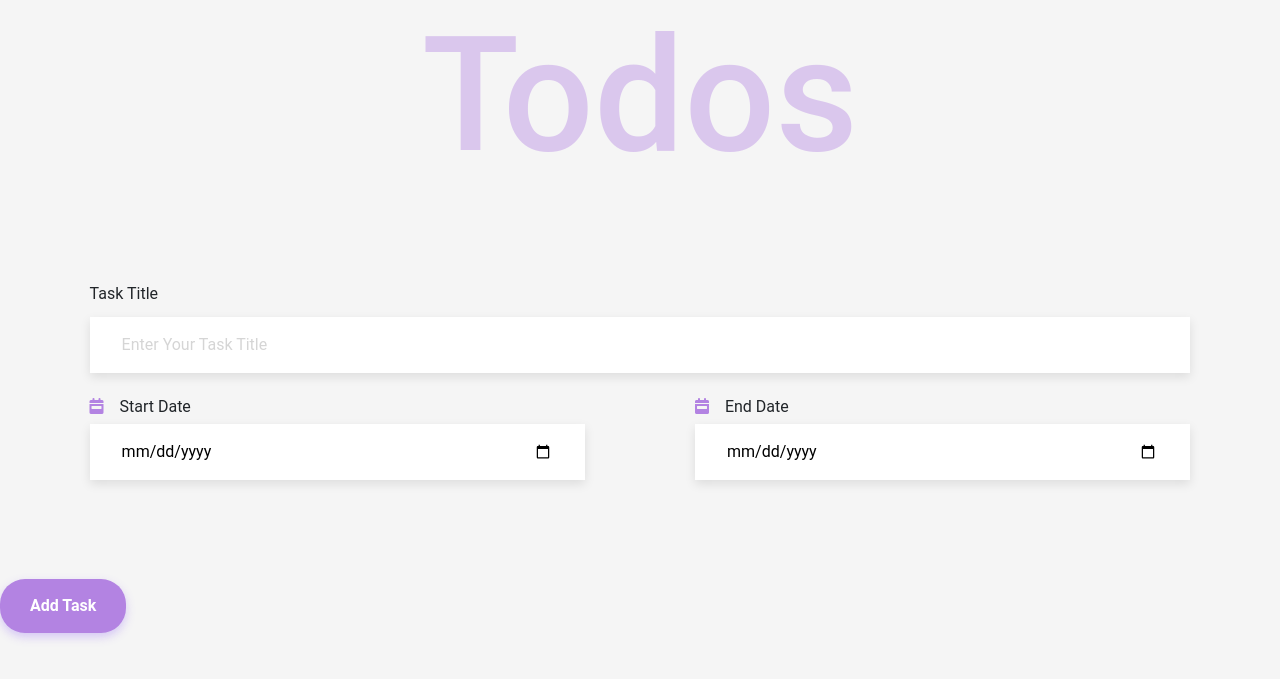
Repository: Surahailat/TypeScript
Page: Mini project 10-3/Project-TS.html
These files come from the project's save history. The page is drawn as it stood at one moment and after the next save; the edit follows.
The browser window is 1280 px wide. The pictures show the whole page.

Above is the page before, as saved 2025-03-10 15:55:44.

### Mini project 10-3/Project-TS.html
<!DOCTYPE html>
<html lang="en">

<head>
    <meta charset="UTF-8">
    <meta name="viewport" content="width=device-width, initial-scale=1.0">
    <title>Document</title>
    <link href="https://cdnjs.cloudflare.com/ajax/libs/font-awesome/6.0.0-beta3/css/all.min.css" rel="stylesheet">
    <link href="https://cdn.jsdelivr.net/npm/bootstrap@5.3.3/dist/css/bootstrap.min.css" rel="stylesheet"
        integrity="sha384-QWTKZyjpPEjISv5WaRU9OFeRpok6YctnYmDr5pNlyT2bRjXh0JMhjY6hW+ALEwIH" crossorigin="anonymous">
    <style>
        * {
            box-sizing: border-box;
        }

        body {
            background-color: #f5f5f5;
            font-family: "roboto", sans-serif;
            margin: 0;
        }

        h1 {
            color: rgb(179, 131, 226);
            font-size: 10rem;
            text-align: center;
            opacity: 0.4;

        }

        .form {
            margin: 7%;
        }

        .input {
            width: 400px;
            max-width: 100%;
            box-shadow: 0px 4px 10px rgb(0, 0, 0, 0.1);
            margin: auto;
            margin-top: 1%;
            border: none;
            width: 100%;
            display: block;
            padding: 1rem 2rem;
            font-size: 1rem;
            margin-bottom: 2%;
        }

        .input::placeholder {
            color: #d5d5d5;

        }

        .date {
            display: flex;
            flex-direction: row;
            width: 100%;
            justify-content: space-between;
        }

        .form-group {
            width: 45%;
        }

        /* .AddTask {
            background-color: #b383e2;
            color: #d5d5d5;
            text-align: center;
            border: none;
            padding: 17px 34px;
        }

        .butt {
            text-align: center;
        } */
        .AddTask {
            background-color: #b383e2; /* لون بنفسجي راقي */
            color: white;
            text-align: center;
            border: none;
            padding: 15px 30px;
            font-size: 16px;
            font-weight: bold;
            border-radius: 25px; /* يجعل الزر ناعماً */
            cursor: pointer;
            transition: all 0.3s ease-in-out;
            box-shadow: 0 4px 10px rgba(139, 92, 246, 0.3);
        }

        .AddTask:hover {
            background-color: #7c3aed; /* لون أغمق عند التمرير */
            box-shadow: 0 6px 15px rgba(124, 58, 237, 0.4);
            transform: scale(1.05);
        }

        .AddTask:active {
            background-color: #6d28d9;
            transform: scale(0.98);
        }
    </style>
</head>

<body>
    <h1>Todos</h1>
    <div class="form">
        <Label>Task Title</Label>
        <input type="text" class="input" placeholder="Enter Your Task Title " autocomplete="off" id="title">
        <div class="date">
            <div class="form-group">
                <Label><i class="fa-solid fa-calendar-week" style="color: #b383e2;"></i> &nbsp;&nbsp;&nbsp;Start
                    Date</Label>
                <input type="date" class="input" autocomplete="off" id="startDate">
            </div>
            <div class="form-group">
                <Label><i class="fa-solid fa-calendar-week" style="color: #b383e2;"></i>&nbsp;&nbsp;&nbsp; End
                    Date</Label>
                <input type="date" class="input" autocomplete="off" id="endDate">
            </div>
        </div>
    </div>
    <div class="butt">
        <button type="submit" class="AddTask" onclick="save(event)">Add Task</button>
    </div>
    <script src="https://cdn.jsdelivr.net/npm/bootstrap@5.3.3/dist/js/bootstrap.bundle.min.js"
        integrity="sha384-YvpcrYf0tY3lHB60NNkmXc5s9fDVZLESaAA55NDzOxhy9GkcIdslK1eN7N6jIeHz"
        crossorigin="anonymous"></script>
    <script src="Project-TS.js"></script>
</body>

</html>

Loaded but not shown: Mini project 10-3/Project-TS.js (no copy from this time; the picture is the same without it)

After the next save:
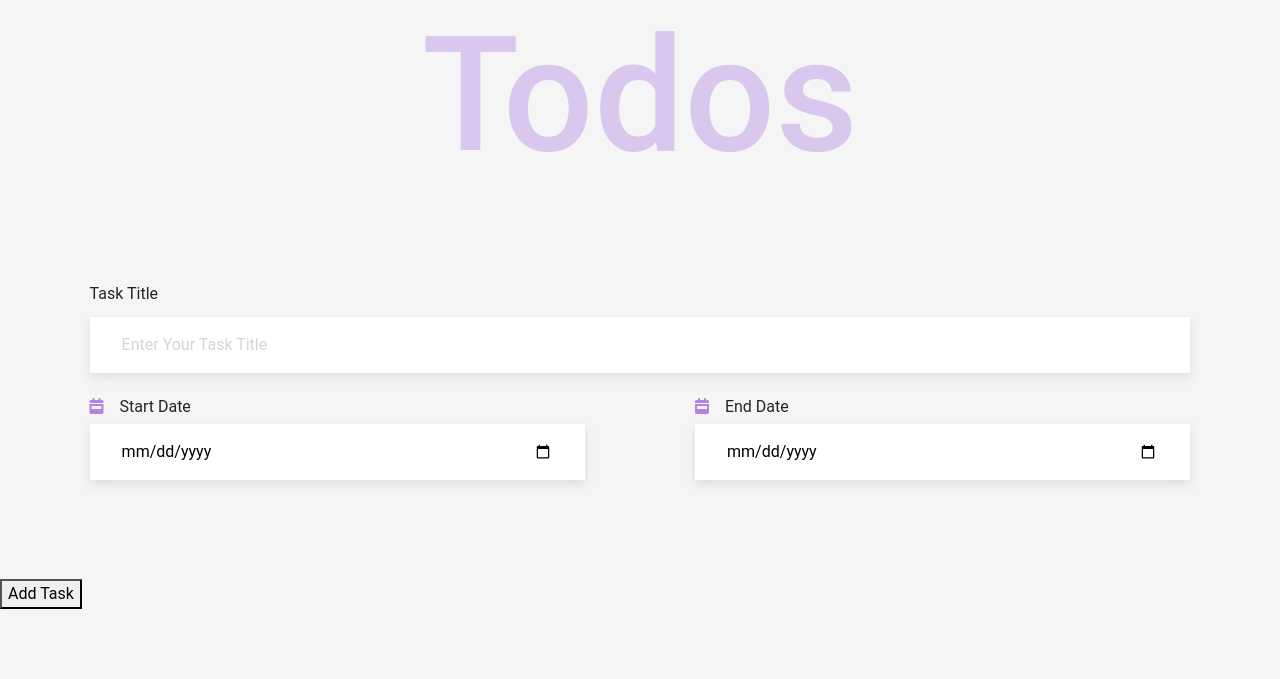
Saved 38 s later.
--- a/Mini project 10-3/Project-TS.html
+++ b/Mini project 10-3/Project-TS.html
@@ -71,7 +71,7 @@
 
         .butt {
             text-align: center;
-        } */
+        }
         .AddTask {
             background-color: #b383e2; /* لون بنفسجي راقي */
             color: white;
